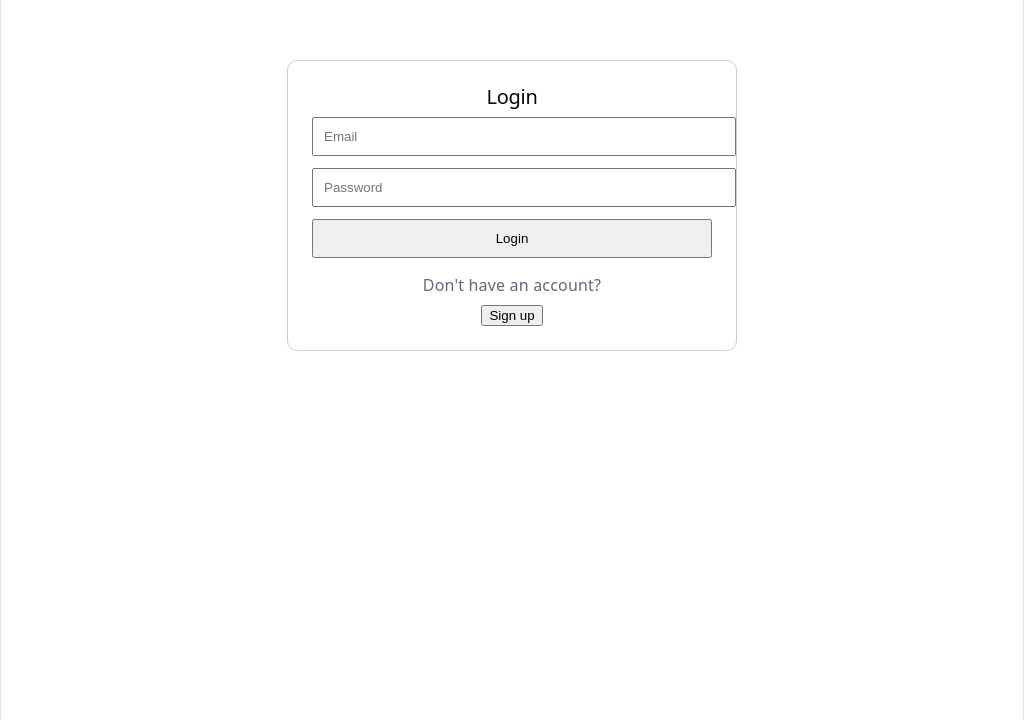
Repository: Tapish19/web
Page: / (app in web-app-main/frontend/client/)
The author's editor kept a copy of each file at every save. The page is drawn from the files as they stood at one save, then again after the next save.
The browser window is 1024 px wide. The pictures show the whole page.
The project was rebuilt for these pictures with package versions that can differ from the ones it lists, and the page was loaded fresh each time. Also part of the build but not shown: web-app-main/frontend/client/vite.config.js, web-app-main/frontend/client/src/pages/Signup.jsx, web-app-main/frontend/client/src/pages/Dashboard.jsx, web-app-main/frontend/client/src/pages/Projects.jsx, web-app-main/frontend/client/src/components/Navbar.jsx.

Above is the page before, as saved 2026-05-06 23:23:00.

After the next save:
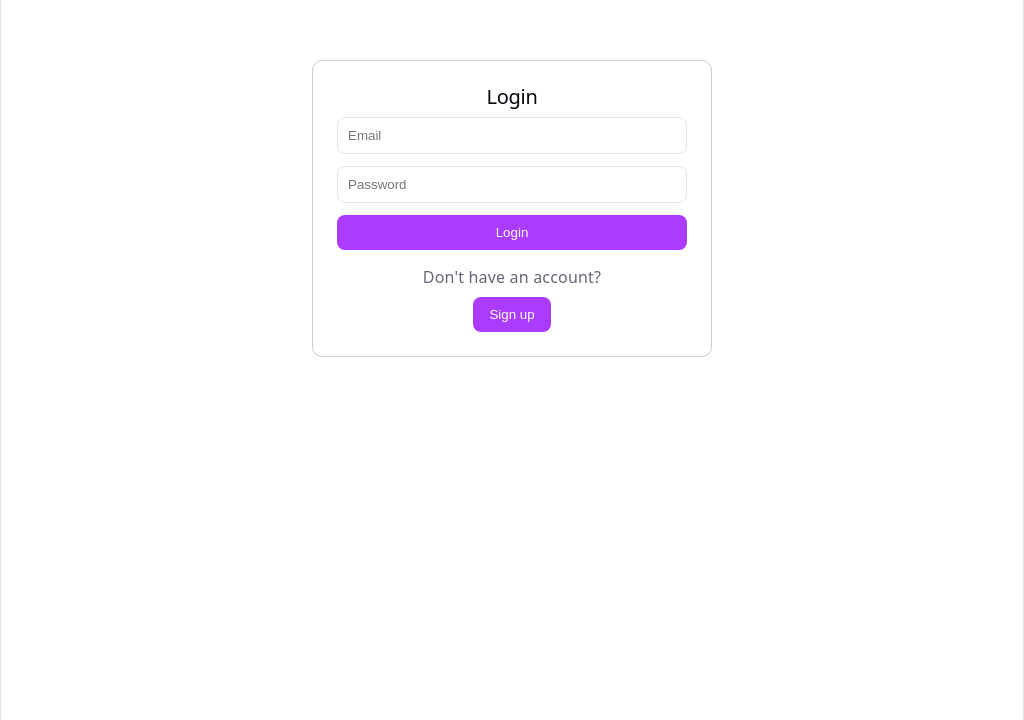
Saved 11 min 3 s later.
--- a/web-app-main/frontend/client/src/index.css
+++ b/web-app-main/frontend/client/src/index.css
@@ -8,24 +8,31 @@
   --accent-bg: rgba(170, 59, 255, 0.1);
   --accent-border: rgba(170, 59, 255, 0.5);
   --social-bg: rgba(244, 243, 236, 0.5);
+
   --shadow:
-    rgba(0, 0, 0, 0.1) 0 10px 15px -3px, rgba(0, 0, 0, 0.05) 0 4px 6px -2px;
+    rgba(0, 0, 0, 0.1) 0 10px 15px -3px,
+    rgba(0, 0, 0, 0.05) 0 4px 6px -2px;
 
-  --sans: system-ui, 'Segoe UI', Roboto, sans-serif;
-  --heading: system-ui, 'Segoe UI', Roboto, sans-serif;
+  --sans: system-ui, "Segoe UI", Roboto, sans-serif;
+  --heading: system-ui, "Segoe UI", Roboto, sans-serif;
   --mono: ui-monospace, Consolas, monospace;
 
   font: 18px/145% var(--sans);
   letter-spacing: 0.18px;
+
   color-scheme: light dark;
   color: var(--text);
   background: var(--bg);
+
   font-synthesis: none;
   text-rendering: optimizeLegibility;
+
   -webkit-font-smoothing: antialiased;
   -moz-osx-font-smoothing: grayscale;
+}
 
-  @media (max-width: 1024px) {
+@media (max-width: 1024px) {
+  :root {
     font-size: 16px;
   }
 }
@@ -41,8 +48,10 @@
     --accent-bg: rgba(192, 132, 252, 0.15);
     --accent-border: rgba(192, 132, 252, 0.5);
     --social-bg: rgba(47, 48, 58, 0.5);
+
     --shadow:
-      rgba(0, 0, 0, 0.4) 0 10px 15px -3px, rgba(0, 0, 0, 0.25) 0 4px 6px -2px;
+      rgba(0, 0, 0, 0.4) 0 10px 15px -3px,
+      rgba(0, 0, 0, 0.25) 0 4px 6px -2px;
   }
 
   #social .button-icon {
@@ -50,20 +59,30 @@
   }
 }
 
+* {
+  margin: 0;
+  padding: 0;
+  box-sizing: border-box;
+}
+
 body {
-  margin: 0;
+  background: var(--bg);
+  color: var(--text);
 }
 
 #root {
   width: 1126px;
   max-width: 100%;
   margin: 0 auto;
+
   text-align: center;
+
   border-inline: 1px solid var(--border);
+
   min-height: 100svh;
+
   display: flex;
   flex-direction: column;
-  box-sizing: border-box;
 }
 
 h1,
@@ -77,35 +96,79 @@ h1 {
   font-size: 56px;
   letter-spacing: -1.68px;
   margin: 32px 0;
-  @media (max-width: 1024px) {
-    font-size: 36px;
-    margin: 20px 0;
-  }
 }
+
 h2 {
   font-size: 24px;
   line-height: 118%;
   letter-spacing: -0.24px;
-  margin: 0 0 8px;
-  @media (max-width: 1024px) {
+  margin-bottom: 8px;
+}
+
+@media (max-width: 1024px) {
+  h1 {
+    font-size: 36px;
+    margin: 20px 0;
+  }
+
+  h2 {
     font-size: 20px;
   }
 }
+
 p {
   margin: 0;
+}
+
+button {
+  background: var(--accent);
+  color: white;
+
+  border: none;
+  border-radius: 8px;
+
+  padding: 10px 16px;
+
+  cursor: pointer;
+
+  transition: 0.2s;
+}
+
+button:hover {
+  opacity: 0.9;
+}
+
+input,
+select {
+  width: 100%;
+
+  padding: 12px;
+
+  border: 1px solid var(--border);
+  border-radius: 8px;
+
+  background: var(--bg);
+  color: var(--text-h);
+
+  margin-bottom: 12px;
 }
 
 code,
 .counter {
   font-family: var(--mono);
+
   display: inline-flex;
+
   border-radius: 4px;
+
   color: var(--text-h);
 }
 
 code {
   font-size: 15px;
   line-height: 135%;
+
   padding: 4px 8px;
+
   background: var(--code-bg);
 }
